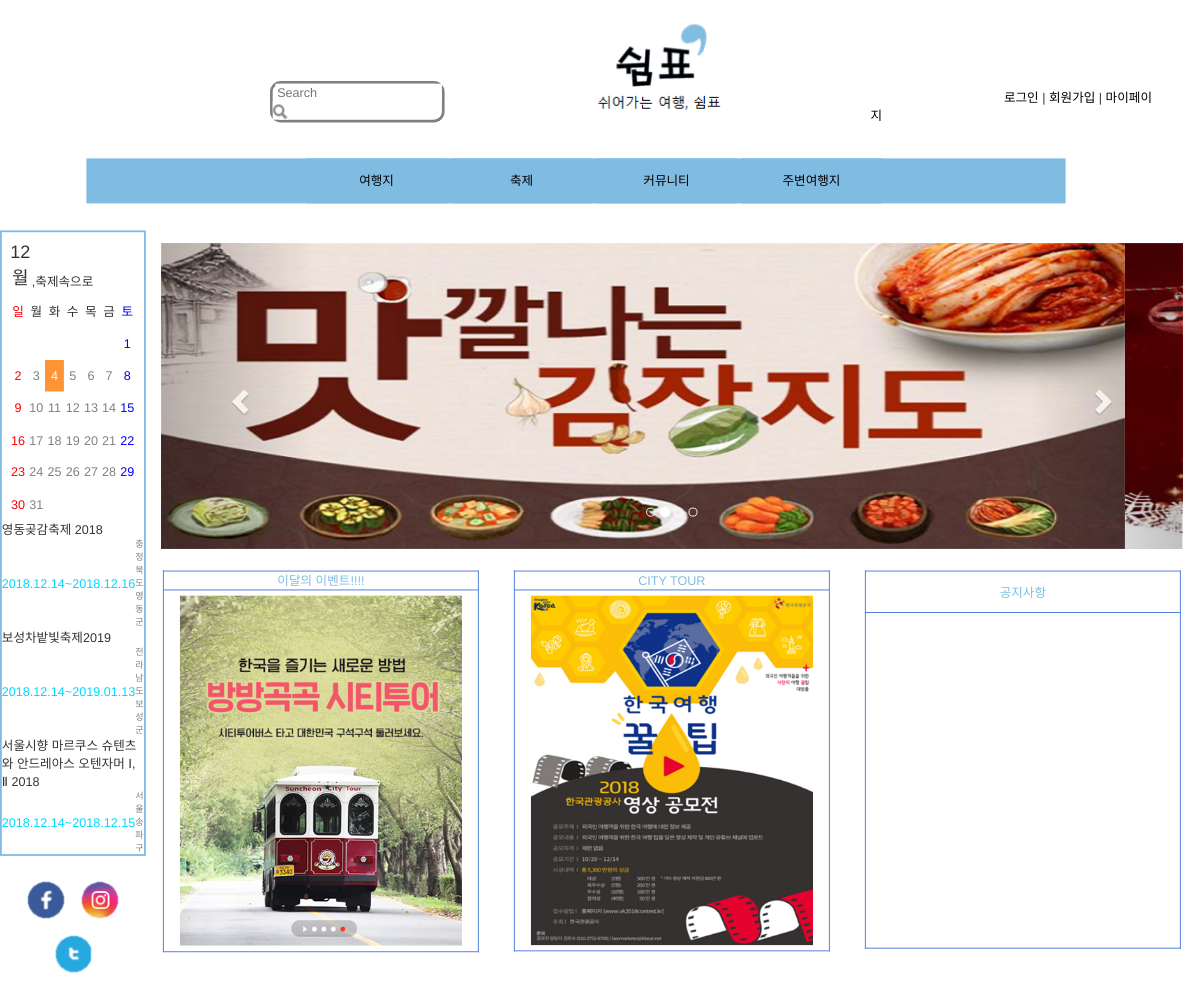
Repository: jih3508/Webproject_Rest
Page: http://localhost/comma1004/WEB-INF/jsp/comma/MainPage.jsp
The author's editor kept a copy of each file at every save. The page is drawn from the files as they stood at one save, then again after the next save.
The browser window is 1280 px wide. The page is 1332 px wide, so the pictures cover 1332 px, including what lies to the right of the window. The pictures show the whole page, at 90% of full size.
Some web libraries are served in a nearby version. The page is served by Tomcat 9. Nobody is signed in. Other server files are loaded and not shown. The template is opened directly, without the code that normally fills it, so the values that code supplies are empty.

Above is the page before, as saved 2018-12-10 12:03:18.

### comma1004/src/main/webapp/WEB-INF/jsp/comma/MainPage.jsp
<%@ page language="java" contentType="text/html; charset=UTF-8"
	pageEncoding="UTF-8"%>
<!DOCTYPE html PUBLIC "-//W3C//DTD HTML 4.01 Transitional//EN" "http://www.w3.org/TR/html4/loose.dtd">
<style>
.tcontent {
	border-collapse: collapse;
	border-color: #4374D9;
	width: 90%;
	height: 420px;
}

.tcontent img {
	width: 90%;
	margin-top: 5px;
	margin-bottom: 5px;
}

.img_slide {
	width: 100%;
	background-color:#FFFFFF;

}
</style>
<html>
<head>
<meta http-equiv="Content-Type" content="text/html; charset=UTF-8">
<title>매인화면</title>

<link
	href="http://netdna.bootstrapcdn.com/bootstrap/3.1.1/css/bootstrap.min.css"
	rel="stylesheet" />
<script
	src="http://ajax.googleapis.com/ajax/libs/jquery/1.11.1/jquery.min.js"></script>
<script
	src="http://netdna.bootstrapcdn.com/bootstrap/3.1.1/js/bootstrap.min.js"></script>

</head>
<body>

	<%@ include file="/include/Top_Menu.jsp"%>
	<div width="100%">
		<div align="center">
			<table border="0" width="78%">
				<colgroup>
					<col width="24%">
					<col width="23%">
					<col width="23%">
					<col width="23%">
				</colgroup>
				<tr>

					<td rowspan="3" style="vertical-align: top;">
					<%@ include	file="/include/sideCalendar.jsp"%>
					<div align="center" style="margin-top:20px; ">
					<a href="#"><img src="/images/basic_form/fb.png"></a>
					<a href="#"><img src="/images/basic_form/ins.png"></a>
					<a href="#"><img src="/images/basic_form/tw.png"></a>
					</div>
					</td>

					<td colspan="3">
					<div align="center">
					<div style="width:97%;" align="center">
						<div id="myCarousel" class="carousel slide" data-ride="carousel">
							<ol class="carousel-indicators">
								<li data-target="#myCarousel" data-slide-to="0" class="active"></li>
								<li data-target="#myCarousel" data-slide-to="1"></li>
								<li data-target="#myCarousel" data-slide-to="2"></li>
								<li data-target="#myCarousel" data-slide-to="3"></li>
							</ol>

							<div class="carousel-inner">
								<div class="item active">
									<img src="/images/basic_form/main1.png" alt="First slide"
										height="400px" class="img_slide">
									<div class="container">
										<div class="carousel-caption"></div>
									</div>
								</div>
								<div class="item">
									<img src="/images/basic_form/main2.png" data-src=""
										alt="Second slide" height="400px" class="img_slide">
									<div class="container">
										<div class="carousel-caption"></div>
									</div>
								</div>
								<div class="item">
									<img src="/images/basic_form/main3.png" data-src=""
										alt="Third slide" height="400px" class="img_slide">
									<div class="container">
										<div class="carousel-caption"></div>
									</div>
								</div>
								<div class="item">
									<img src="/images/basic_form/main4.png" data-src=""
										alt="Third slide" height="400px" class="img_slide">
									<div class="container">
										<div class="carousel-caption"></div>
									</div>
								</div>


							</div>

							<a class="left carousel-control" href="#myCarousel"
								data-slide="prev"><span
								class="glyphicon glyphicon-chevron-left"></span></a> <a
								class="right carousel-control" href="#myCarousel"
								data-slide="next"><span
								class="glyphicon glyphicon-chevron-right"></span></a>
						</div>
					</div>
					</div>
					</td>
				</tr>
				<tr height="10">
					<td colspan="3"></td>

				</tr>
				<tr>
					<td style="vertical-align: top;">
						<table border="1" class="tcontent" align="center">
							<tr>
								<td align="center" style="color: #80BCE1;">이달의 이벤트!!!!</td>
							</tr>
							<tr>
								<td align="center"><img
									src="/images/basic_form/maintest2.png"></td>
							</tr>
						</table>
					</td>
					<td style="vertical-align: top;">
						<table border="1" class="tcontent" align="center">
							<tr>
								<td align="center" style="color: #80BCE1;">CITY TOUR</td>
							</tr>
							<tr>
								<td align="center"><img
									src="/images/basic_form/maintest1.png"></td>
							</tr>
						</table>
					</td>
					<td style="vertical-align: top;">
						<table border="1" class="tcontent" align="center">
							<tr height="11%">
								<td align="center" style="color: #80BCE1;">공지사항</td>
							</tr>
							<tr>
								<td align="center"></td>
							</tr>
						</table>
					</td>
				</tr>
				<tr>
				</tr>
			</table>
		</div>
	</div>

</body>
</html>

### comma1004/src/main/webapp/include/Top_Menu.jsp
<%@ page language="java" contentType="text/html; charset=UTF-8"
    pageEncoding="UTF-8"%>
<!DOCTYPE html PUBLIC "-//W3C//DTD HTML 4.01 Transitional//EN" "http://www.w3.org/TR/html4/loose.dtd">
<html>
	<style>

		.top_link{
			background-color:#80BCE1;
			margin-top:10px;
			text-align: center;
			width: 85%;
		}
		.top_link li{
			background-color:#80BCE1;
			height:auto;
			display: inline-block;
			fontsize:150%;
		    color: black;
		    width:15%;
			margin:0;
			padding: 15px;
    		list-style:none;
		}
		.top_link li ul{

			position:absolute;

			display:none;
			fontsize:150%;
		    color: black;
		    width:20%;

			margin:0px;
    		list-style:none;
    		z-index:200px;
		}
		.top_link li ul li{
			background-color:#80BCE1;
			fontsize:150%;
		    color: black;
			width:90%;
		    border:1px solid;

		}
		.top_link  a{
			fontsize:150%;
		    color: black;
    		text-decoration: none;

		}
		.top_link li:hover ul {
				display:block;   /* 마우스 커서 올리면 서브메뉴 보이게 하기 */
			}
		.top_link li:hover  ul li:HOVER{
			background-color: #007EA5;
			color:#ffffff;
			}
		.top_link ul li:hover{
		    background-color: #007EA5;
			color:#ffffff;
		}
		/* .top_link a{
		    background-color: #007EA5;
			color:#ffffff;
		} */

		.My_menu{
			margin-top:90px;
			overflow: hidden;

		}
		.My_menu a{
			color: black;
			text-decoration: none;
		}
		.My_menu a:hover{

			color: #41719C;
			background-color:#FFFFFF;
		}
	</style>


<head>
<meta http-equiv="Content-Type" content="text/html; charset=UTF-8">
<title>Insert title here</title>
</head>
<body>
	<div class="top_display" style="width:100%;">
		<table border="0" width="100%">
			<tr>
				<td width="30%">
		<div >
			<p style="border:solid;  color:gray; border-radius:12px; margin-left:300px; margin-top:90px; margin-right:50px;">
				<input type="text" name="search" placeholder="Search" style="border-style:none; height:20px;  margin-left:3px;" />
				<a href="#" ><img src="/images/basic_form/searchbutton.png" style="height:20px;"></a>
			</p>
		</div>
				</td>
				<td width="40%" >
		<div align="center" >
			<a href="MainPage.do" >
				<img src="/images/basic_form/logo.png" style="height:100px;">
			</a>
		</div>
				</td>
				<td width="30%">
		<div class="My_menu" align="right">
			<a href="/Login.do">로그인</a> |  <a href="/memberSign.do">회원가입</a> | <a href="/Mypage_Modify.do" style="margin-right:300px;">마이페이지</a>
		</div>
				</td>
			</tr>
		</table>
	</div>
		<br/>
		<div align="center">
			<div class="top_link">
				<ul>
				<a href="#"><li>	여행지
						<ul>
							<a href="#"><li>서울</li></a>
							<a href="#"><li>부산</li></a>
							<a href="#"><li>대구</li></a>
							<a href="#"><li>인천</li></a>
							<a href="#"><li>광주</li></a>
							<a href="#"><li>대전</li></a>
							<a href="#"><li>울산</li></a>
							<a href="#"><li>경기도</li></a>
							<a href="#"><li>강원도</li></a>
							<a href="#"><li>충천도</li></a>
							<a href="#"><li>전라도</li></a>
							<a href="#"><li>경상도</li></a>
							<a href="#"><li>제주도</li></a>
						</ul>
				</li></a>
				<a href="#"><li>축제
						<ul>
							<a href="#"><li>봄축제</li></a>
							<a href="#"><li>여츰축제</li></a>
							<a href="#"><li>가을축제</li></a>
							<a href="#"><li>겨울축제</li></a>
						</ul>
				</li></a>
				<a href="#"><li>커뮤니티
					<ul>
						<a href="#"><li>공지사항</li></a>
						<a href="#"><li>여행후기</li></a>
						<a href="#"><li>이벤트</li></a>
						<a href="#"><li>Q&A</li></a>
					</ul>
				</li></a>
				<a href="#"><li>주변여행지
					<ul>
						<a href="#"><li>주변여행지</li></a>
						<a href="#"><li>찾기</li></a>
					</ul>
				</li></a>
			</ul>
			</div>
		</div>
		<br/>
</body>
</html>

### comma1004/src/main/webapp/include/sideCalendar.jsp
<%@ page language="java" contentType="text/html; charset=UTF-8"
    pageEncoding="UTF-8"%>
    <%@ page import="java.util.Calendar" %>
 <%
 Calendar cal = Calendar.getInstance();

 int y = 0;
 int m = 0;
 int day =0; //오늘 날짜 출력

	 y = cal.get(Calendar.YEAR);
	 m = cal.get(Calendar.MONTH);
	 day = cal.get(Calendar.DATE);

 cal.set(y,m,1);  // 출력 월의  1일날로 세팅 ( 1일날의 요일을 얻기 위해)

 int dayOfWeek = cal.get(Calendar.DAY_OF_WEEK);       // 1일날의 요일
 int lastDay = cal.getActualMaximum(Calendar.DATE);   // 마지막 날짜
%>

<!DOCTYPE html PUBLIC "-//W3C//DTD HTML 4.01 Transitional//EN" "http://www.w3.org/TR/html4/loose.dtd">
<html>
<head>
<meta http-equiv="Content-Type" content="text/html; charset=UTF-8">
<title>Insert title here</title>
</head>
<body>
<style>
	.calendar{
		overflow:hidden;
		border:2px solid #80BCE1;
		text-align:center;
	}
	.calendar table{
		width:90%;
	}
</style>
<div>
<div class="calendar" >
   <table border="0" align="center" style="margin-top:8px;" >
   <colgroup>
			<col width="18%"/>
			<col width="82%"/>

	</colgroup>
   <tr>
   	   	<td style="font-size:20px; witdh:5%;"><%=m+1 %>월</td><td style="vertical-align:bottom; text-align:left; "> ,축제속으로</td>
   </tr>
   </table>
<table border="0" align="center" width="10%;" height="250px" style="margin-top:5px;">
<tr>
<td style="color:red; ">일</td><td>월</td><td>화</td><td>수</td><td>목</td><td>금</td><td style="color:blue; ">토</td>
</tr>
<%
 for(int i=1; i<dayOfWeek; i++) {
 %>
       <td></td>
 <%
 }
 for(int d=1; d<=lastDay; d++) {

	 if(dayOfWeek%7 == 0)  {
		 if(d == day){
			%>
			<td style="background-color:#FF9436; color:blue;"><%=d %> </td>
			<%
		 }
		 else{

			 out.print("<td><font color=blue>"+d+"</font></td>");

		 }
	 } else if(dayOfWeek%7 == 1) {
		 if(d==day){
		%>
		<td style="background-color:#FF9436; color:red;"><%=d %></td>
		<%
		 }
		 else{
		 out.print("<td><font color=red>"+d+"</font></td>");
		 }
	} else {
		if(d == day){
		%>
		<td style="background-color:#FF9436; color:#FFFFFF;"><%=d %></td>
		<%
		}
		else
		{
 	%>
          <td style="color:gray;"><%=d %> </td>
   <%
		}
	 }

	 if(dayOfWeek%7 == 0) {
   %>
    </t><tr>
   <%
     }
     dayOfWeek++;
 }
 %>

    </tr>
</table>
<table align="center" border="0">
	<colgroup>
		<col width="60%"/>
		<col width="40%"/>
	</colgroup>
	<tr>
		<td colspan="2" align="left">영동곶감축제 2018</td>
	</tr>
	<tr>
		<td style="color:#00D8FF; text-align:left; ">2018.12.14~2018.12.16</td>
		<td style="color:gray; font-size:10px;  text-align:left; vertical-align:bottom; ">충정북도 영동군</td>
	</tr>
	<tr>
		<td colspan="2" align="left">보성차밭빛축제2019</td>
	</tr>
	<tr>
		<td style="color:#00D8FF; text-align:left; ">2018.12.14~2019.01.13</td>
		<td style="color:gray; font-size:10px;  text-align:left; vertical-align:bottom; ">전라남도 보성군</td>
	</tr>
	<tr>
		<td colspan="2" align="left">서울시향 마르쿠스 슈텐츠와 안드레아스 오텐자머 Ⅰ, Ⅱ  2018</td>
	</tr>
	<tr>
		<td style="color:#00D8FF; text-align:left; ">2018.12.14~2018.12.15</td>
		<td style="color:gray; font-size:10px;  text-align:left; vertical-align:bottom; ">서울 송파구</td>
	</tr>
</table>
</div>
</div>
</body>
</html>

After the next save:
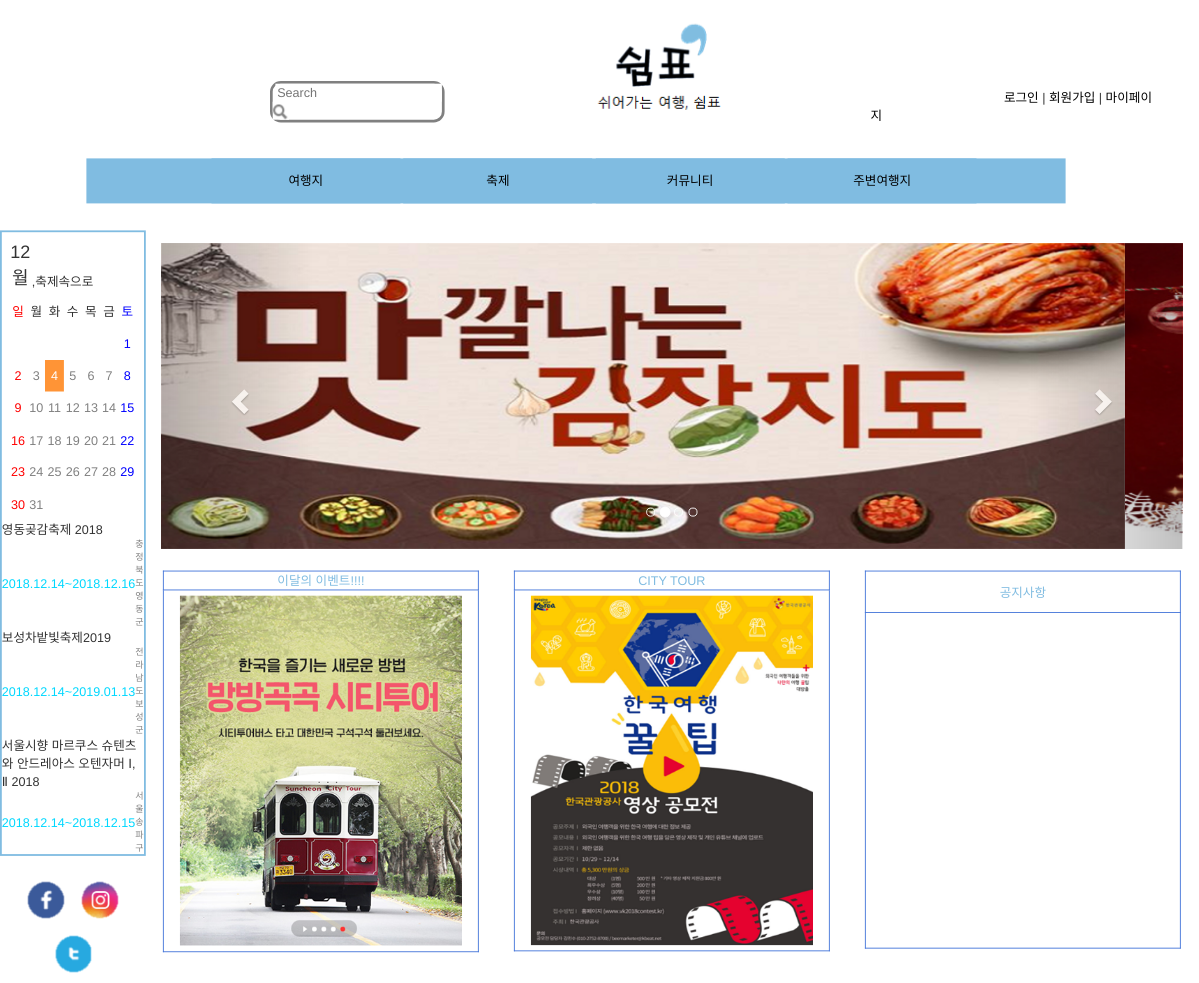
Saved 19 s later.
--- a/comma1004/src/main/webapp/include/Top_Menu.jsp
+++ b/comma1004/src/main/webapp/include/Top_Menu.jsp
@@ -16,7 +16,7 @@
 			display: inline-block;
 			fontsize:150%;
 		    color: black;
-		    width:15%;
+		    width:20%;
 			margin:0;
 			padding: 15px;
     		list-style:none;
@@ -28,7 +28,7 @@
 			display:none;
 			fontsize:150%;
 		    color: black;
-		    width:20%;
+		    width:15%;
 
 			margin:0px;
     		list-style:none;
